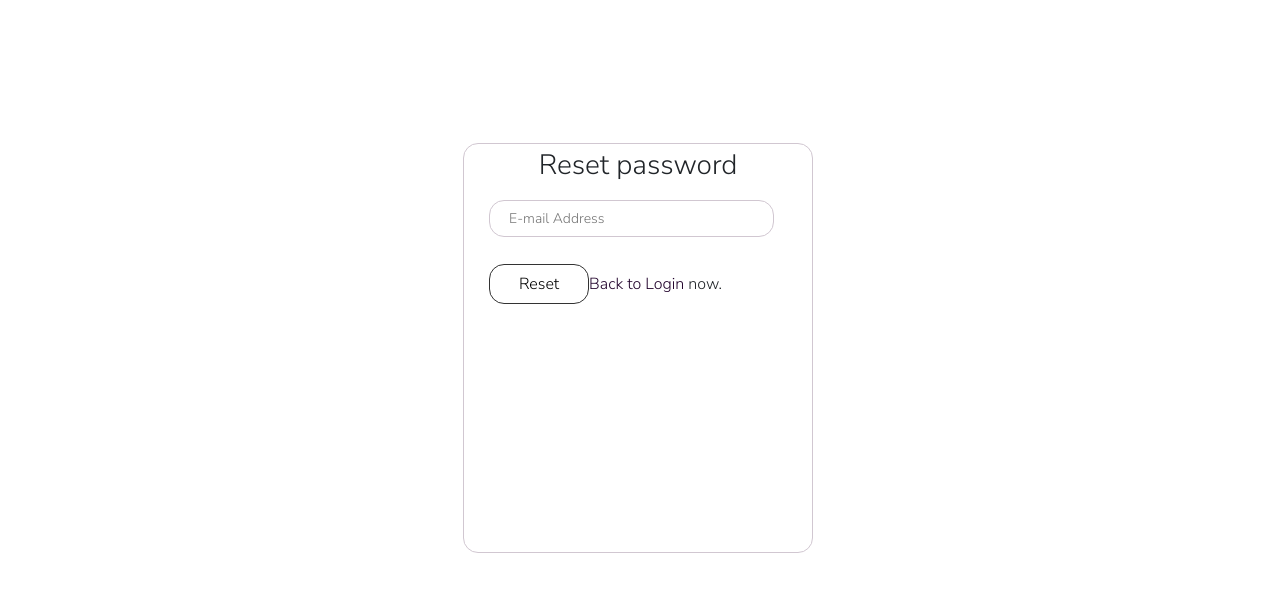
Repository: duzzisantos/rentify
Page: /reset
An editor plug-in stored every save of this project. The page is shown before and after the next save, followed by the edit.
The browser window is 1280 px wide. The pictures show the whole page.
The project was rebuilt for these pictures with package versions that can differ from the ones it lists, and the page was loaded fresh each time. Also part of the build but not shown: src/auth/auth.js, src/home.js, src/admin.js, src/auth/login.js, src/auth/register.js, src/table-component.js, src/tables.js, src/edit-property.js and 1 more.

Above is the page before, as saved 2022-05-19 03:55:00.

### src/App.js
import "./App.css";
import "react-bootstrap";
import "bootstrap/dist/css/bootstrap.min.css";
import { Route, Routes } from "react-router-dom";
import Homepage from "./home";
import Admins from "./admin";
import Auth from "./auth/auth";
import Login from "./auth/login";
import Register from "./auth/register";
import Reset from "./auth/reset";
import Tables from "./tables";
import EditProperty from "./edit-property";
import Booking from "./booking";

function App() {
  return (
    <div className="App">
      <Routes>
        <Route path="/" element={<Login />} />
        <Route path="login/*" element={<Login />} />
        <Route path="register/*" element={<Register />} />
        <Route path="reset" element={<Reset/>}/>
        <Route path="auth/*" element={<Auth />} />
        <Route path="auth/home/*" element={<Homepage />} />
        <Route path="auth/admin" element={<Admins />} />
        <Route path="auth/tables/*" element={<Tables />} />
        <Route path="auth/tables/edit-property/:ID" element={<EditProperty />} />
        <Route path="booking/:ID" element={<Booking />} />
      </Routes>
    </div>
  );
}

export default App;

### src/App.css
@import url("https://fonts.googleapis.com/css2?family=Nunito+Sans:wght@300&family=Poppins:wght@200;300&family=Roboto&family=Roboto+Serif:wght@300&family=Ubuntu:wght@300&display=swap");
* {
  font-family: "Nunito Sans", sans-serif;
}
.App {
  /* display: flex;
  flex-direction: column; */
  height: fit-content;
  width: 100%;
}

.hero {
  height: calc(0.4 * 657px);
  background-color: rgba(0, 0, 0, 0.8);
  width: 100%;
  padding-top: 45px;
  display: flex;
  flex-direction: column;
  justify-content: center;
  align-items: center;
  bottom: 0;
}

.hero #search{
  text-align: left;
  text-indent: 10px;
  margin-bottom: 15px;
  width: 320px;
  border: 1px solid rgb(212,212,212);
  border-radius: 15px;
  outline: none;
  padding: 4px;
}

#search-table{
  text-align: left;
  text-indent: 10px;
  margin-bottom: 15px;
  width: 320px;
  border: 1px solid rgb(212,212,212);
  border-radius: 15px;
  outline: none;
  padding: 4px;
}

.hero #search::placeholder{
  font-size: small;
  text-align: center;
}
.hero h4{
  text-align: center;
  color: whitesmoke;
  margin-top: 20px;
}

.filter-property {
  height: calc(0.6 * 657px);
  width: 100%;
  color: gray;
  justify-content: center;
  align-items: center;
  bottom: 0;
  padding-top: 0px;
}

.filter-property h5{
  text-align: center;
  padding-top: 20px;
}
#display-results {
  height: 657px;
  background-color: white;
  width: 100%;
  color: gray;
}

h1 {
  color: white;
  padding-top: 0px;
  text-align: center;
  font-size: clamp(20px, 55px, 60px);
}

h4,
h6 {
  padding-top: 10px;
  margin-left: 25px;
  font-size: clamp(10px, 15px, 20px);
  color: rgba(0, 0, 0, 0.705);
}

.filter-property span {
  margin-left: 25px;
  margin-top: 10px;
  color: rgba(0, 0, 0, 0.705);
  display: block;
  font-weight: 600;
  font-size: 14px;
}

.filter-property label {
  display: inline-block;
  margin-left: 22px;
  font-size: 13px;
  color: rgba(0, 0, 0, 0.705);
}

.filter-property input[type="checkbox"] {
  display: inline-block;
  margin-left: 5px;
}

#search-btn {
  background-color: transparent;
  border: 1px solid black;
  color: rgba(0, 0, 0, 0.705);
  border-radius: 10px;
  display: block;
  margin-left: 25px;
  margin-top: 10px;
  padding: 6px;
  font-size: 13px;
  width: 70px;
  margin-bottom: 20px;
}

#search-btn:hover {
  border: 1px solid rgb(33, 2, 43);
  color: rgb(33, 2, 43);
}

.link {
  text-decoration-line: none;
  color: white;
  margin: 10px;
}

.links{
  color: rgb(33, 2, 43);
  text-decoration: none;
}
.link:hover {
  color: gray;
}

tr .link {
  text-decoration-line: none;
  color: rgba(0, 0, 0, 0.705);
  margin: 10px;
}

tr .link:hover {
  color: rgb(33, 2, 43);
}

.admin-container,
.edit-container {
  height: fit-content;
  padding-top: 80px;
  display: flex;
  flex-direction: column;
  width: 100%;
  justify-content: center;
  align-items: center;
}

.admin-container h2,
.admin-container h6,
.edit-container h6 {
  text-align: center;
}

.admin-container h2,
.edit-container h2 {
  color: rgba(0, 0, 0, 0.705);
  padding: 25px;
}

.admin-container form,
.edit-container form {
  padding-top: 20px;
  width: 450px;
  margin-left: 0;
  display: block;
  display: flex;
  flex-direction: column;
  margin-bottom: 20px;
  border-radius: 15px;
  border: 1px solid #d1c7d1;
}

.admin-container input,
.edit-container input {
  display: block;
  border: 1px solid rgb(212,212,212);
  border-radius: 15px;
  width: 300px;
  padding: 5px;
  margin-top: 10px;
  font-size: small;
  text-indent: 5px;
  margin-left: 15%;
}

.admin-container label,
.admin-container span,
.edit-container label,
.edit-container span {
  display: block;
  font-size: small;
  margin-top: 10px;
  margin-left: 15%;
}

#admin-btn {
  border-radius: 15px;
  border: 1px solid transparent;
  margin-bottom: 15px;
  margin-top: 15px;
  color: white;
  background-color: #25D366;
  display: block;
  font-size: small;
  margin-left: 15%;
  width: 100px;
  padding: 4px;
}


.display-data {
  height: fit-content;
  background-color: rgb(33, 2, 43);
  padding-top: 80px;
  color: whitesmoke;
  display: flex;
  flex-direction: column;
}

.display-data h2,
.display-data h6 {
  text-align: center;
  color: whitesmoke;
}

.photos {
  margin-top: 5px;
}

.photos::placeholder {
  font-size: small;
  text-indent: 5px;
}

/* #search-table {
  margin-bottom: 15px;
  width: 300px;
  border: 1px solid rgb(212,212,212);
  border-radius: 15px;
  outline: none;
  padding: 4px;
  margin-left: 40%;
  text-indent: 10px;

}

#search-table::placeholder {
  font-size: small;
  text-align: center;
} */

input {
  outline: none;
}
.database {
  height: fit-content;
  background-color: azure;
  margin-top: 10px;
}

#delete {
  background-color: transparent;
  border: 1px solid #eb5e55;
  color: black;
  border-radius: 5px;
}

#data-reference {
  width: 950px;
  display: inline-block;
  overflow: hidden;
}

#data-reference ol li {
  margin-bottom: 12px;
}
#update-dialog input {
  width: 300px;
  margin-top: 3px;
  display: block;
}

#final-update {
  background-color: rgb(33, 2, 43);
  border: 1px solid transparent;
  color: whitesmoke;
  margin-bottom: 10px;
}

h4,
#display-results span {
  text-align: center;
}

#display-results {
  width: 100%;
  height: fit-content;
  border: 1px solid azure;
}

.one-result {
  width: 100%;
  height: fit-content;
  border: 1px solid whitesmoke;
}

.image-holder {
  height: fit-content;
  width: fit-content;
  border: 1px solid whitesmoke;
  display: flex;
  flex-direction: row;
  flex-wrap: wrap;
  margin-left: 80px;
}

.image-holder img {
  background-repeat: no-repeat;
  background-size: cover;
  height: 140px;
  width: 185px;
  margin: 5px;
  border: 1px solid whitesmoke;
  background-size: cover;
  background-position: center;
  transition: transform 0.5s;
}

.image-holder img:hover {
  transform: scale(1.3);
}
tr img {
  height: 30px;
  width: 40px;
  border: 1px solid whitesmoke;
  background-size: cover;
  background-position: center;
  transition: transform 0.5s;
}

tr img:hover {
  transform: scale(3);
}

thead{
  background-color: rgba(0, 0, 0, 0.8);
  color: whitesmoke;
  border-bottom: 1px solid transparent;
}

.primary-details li {
  font-size: small;
  margin-left: 60px;
}
.primary-details li:nth-child(1) {
  margin-top: 10px;
}
.amenities li {
  list-style-type: none;
  display: inline-block;
  justify-content: space-between;
  margin: 8px;
  margin-left: 50px;
  font-size: small;
}

.booking {
  border: 1px solid rgb(33, 2, 43);
  color: rgb(33, 2, 43);
  background-color: transparent;
  margin-left: 3px;
  border-radius: 15px;
  font-size: 11px;
  margin-bottom: 10px;
}

.isAvailable {
  background-color: #25D366;
  border: 1px solid transparent;
  border-radius: 15px;
  color: white;
  font-size: 11px;
  margin-bottom: 5px;
  margin-left: 80px;
}

.booking-wrapper{
  height: fit-content;
  width: 100%;
  display: flex;
  flex-direction: column;
  justify-content: center;
  align-items: center;
  padding-top: 80px;
}

.my-booking{
  height: fit-content;
  width: 400px;
  border: 1px solid #d1c7d1;
  border-radius: 15px;
  margin-bottom: 40px;
}

.my-booking form{
  display: flex;
  flex-direction: column;
}
.my-booking label{
  margin-left: 50px;
  margin-top: 15px;
}
.my-booking input{
  width: 300px;
  margin-left: 50px;
  border-radius: 15px;
  margin-bottom: 5px;
  border: 1px solid rgb(212,212,212);
  text-indent: 10px;
}


.list-wrapper {
  padding-top: 80px;
  width: 99%;
  height: fit-content;
  display: flex;
  flex-direction: column;
  align-items: center;
  justify-content: center;
  bottom: 0;
}

.login,
.register,
.reset {
  height: 645px;
  width: 99.7%;
  display: -webkit-box;
  display: -ms-flexbox;
  display: flex;
  -webkit-box-orient: vertical;
  -webkit-box-direction: normal;
      -ms-flex-direction: column;
          flex-direction: column;
  -webkit-box-pack: center;
      -ms-flex-pack: center;
          justify-content: center;
  -webkit-box-align: center;
      -ms-flex-align: center;
          align-items: center;
  bottom: 0;
}

.login input, .register input, .reset input{
  padding: 7px;
  width: 285px;
  border-radius: 15px;
  margin-top: 5px;
  margin-left: 25px;
  margin-top: 10px;
  border: 1px solid #d1c7d1;
  color: #525f7a;
  outline: none;
  text-indent: 12px;
  font-size: 14px;
}

.login label, .register label, .reset label{
  margin-left: 25px;
}

.login h3, .register h3, .reset h3{
  text-align: center;
  padding-top: 5px;
}

.sign-btns{
  height: 80px;
  width: 100%;
  margin-top: 10px;
  display: flex;
  flex-direction: row;
}
.login-btn, .register-btn, .reset__btn{
  width: 100px;
  height: 40px;
  background-color: transparent;
  border: 1px solid rgba(0, 0, 0, 0.8);
  margin-left: 25px;
  border-radius: 15px;
  margin-top: 27px;
  display: inline-block;
}

.google{
  background-image: url("https://upload.wikimedia.org/wikipedia/commons/thumb/5/53/Google_%22G%22_Logo.svg/1200px-Google_%22G%22_Logo.svg.png");
  background-size: 50%;
  background-repeat: no-repeat;
  background-position: center;
  margin-top: 20px;
  margin-left: 25px;
  width: 50px;
  height: 50px;
  border-radius: 50px;
  border: none;
  display: inline-block;
}

.login-span, .register-span{
  display: block;
 text-align: center;
 margin-top: 10px;
}
.login-container,
.register-container,
.reset-container {
  height: 410px;
  width: 350px;
  border: 1px solid #d1c7d1;
  border-radius: 15px;
  margin-top: 50px;
}

.auth-container {
  height: 90px;
  width: 100%;
  background-color: transparent;
  margin-right: 10px;
  overflow: hidden;
  margin-left: auto;
  display: -webkit-box;
  display: -ms-flexbox;
  display: flex;
  -webkit-box-orient: horizontal;
  -webkit-box-direction: normal;
      -ms-flex-direction: row;
          flex-direction: row;
}

.auth-span {
  height: -webkit-fit-content;
  height: -moz-fit-content;
  height: fit-content;
  width: -webkit-fit-content;
  width: -moz-fit-content;
  width: fit-content;
  margin-left: 4px;
  margin-top: 5px;
  overflow: hidden;
}

.auth-btn {
  height: 40px;
  width: 40px;
  border-radius: 50%;
  margin-left: 10px;
  margin-top: 0px;
  border: 1px solid transparent;
  color: #25D366;
}

.auth-btn:hover {
  color: rgba(0, 0, 0, 0.8);
  -webkit-transition-delay: 20ms;
          transition-delay: 20ms;
}

.auth-avi{
  height: 40px;
  width: 40px;
  background-color: rgba(0, 0, 0, 0.8);
  color: whitesmoke;
  border-radius: 50%;
  text-align: center;
  padding-top: 6px;
}
/*Navbar component*/

.nav-items {
  width: 100%;
  height: 90px;
  margin-top: 0px;
}

.nav-links {
  display: inline-block;
  margin-left: 20px;
  padding-top: 15px;
}

.nav-links:nth-child(1) {
  font-size: 25px;
  color: black;
  font-weight: 800;
  -webkit-text-decoration-line: none;
          text-decoration-line: none;
  text-decoration: none;
  margin-left: 0px;
}

.nav-items #hamburger-icon {
  display: none;
}

.nav-items .dashboard-container {
  margin-left: 0px;
}

.link {
  color: #525f7a;
  font-size: 14px;
  text-decoration: none;
}

.link:hover {
  -webkit-text-decoration-line: underline;
          text-decoration-line: underline;
  text-decoration-thickness: 2px;
  -webkit-text-decoration-color: rgba(0,0,0,0.8);
          text-decoration-color: rgba(0, 0, 0, 0.8);
}

.nav-wrap {
  display: -webkit-box;
  display: -ms-flexbox;
  display: flex;
  -webkit-box-orient: horizontal;
  -webkit-box-direction: normal;
      -ms-flex-direction: row;
          flex-direction: row;
  margin-top: 0px;
}

.navbar {
  height: 90px;
  background-color: #f8f7ff;
  -webkit-box-shadow: 1px 1px 5px 1px rgba(0, 0, 0, 0.1);
          box-shadow: 1px 1px 5px 1px rgba(0, 0, 0, 0.1);
  width: 100%;
  position: fixed;
  z-index: 2;
  display: -webkit-box;
  display: -ms-flexbox;
  display: flex;
  -webkit-box-orient: horizontal;
  -webkit-box-direction: normal;
      -ms-flex-direction: row;
          flex-direction: row;
}

### src/auth/reset.js
import React, { useEffect, useState } from "react";
import { useAuthState } from "react-firebase-hooks/auth";
import { useNavigate } from "react-router-dom";
import { Link } from "react-router-dom";
import { auth, sendPasswordReset } from "./firebase";
import "../App.css";

const Reset = () => {
  const [email, setEmail] = useState("");
  const [user, loading] = useAuthState(auth);
  const navigate = useNavigate();

  useEffect(() => {
    if (loading) return;
    if (user) navigate("/dashboard");
  });

  return (
    <div className="reset">
      <div className="reset-container">
        <h3>Reset password</h3>
        <input
          type="text"
          className="reset__textBox"
          value={email}
          onChange={(e) => setEmail(e.target.value)}
          placeholder="E-mail Address"
        />
        <button className="reset__btn" onClick={() => sendPasswordReset(email)}>
          Reset
        </button>
        <span className="reset__span">
            <Link to="/" className="links">
              Back to Login
            </Link>{" "}
            now.
          </span>
      </div>
    </div>
  );
};

export default Reset;

### src/auth/firebase.js
// Import the functions you need from the SDKs you need
import { initializeApp } from "firebase/app";
import {
  GoogleAuthProvider,
  getAuth,
  signInWithPopup,
  createUserWithEmailAndPassword,
  sendPasswordResetEmail,
  signOut,
  signInWithEmailAndPassword,
  FacebookAuthProvider,
  GithubAuthProvider,
} from "firebase/auth";

import {
  getFirestore,
  query,
  getDocs,
  collection,
  where,
  addDoc,
} from "firebase/firestore";

const firebaseConfig = {
  apiKey: process.env.REACT_APP_API_KEY,
  authDomain: process.env.REACT_APP_AUTHDOMAIN,
  projectId: process.env.REACT_APP_PROJECT_ID,
  storageBucket: process.env.REACT_APP_STORAGE_BUCKET,
  messagingSenderId: process.env.REACT_APP_SENDER_ID,
  appId: process.env.REACT_APP_APP_ID,
  measurementId: process.env.REACT_APP_MEASUREMENT_ID,
};

// Initialize Firebase
const app = initializeApp(firebaseConfig);
const auth = getAuth(app);
const db = getFirestore(app);
const provider = new FacebookAuthProvider();
provider.addScope("user_birthday");
provider.setCustomParameters({
  display: "popup",
});

const googleProvider = new GoogleAuthProvider();
const signInWithGoogle = async () => {
  try {
    const res = await signInWithPopup(auth, googleProvider);
    const user = res.user;
    const q = query(collection(db, "users"), where("uid", "==", user.uid));
    const docs = await getDocs(q);
    if (docs.docs.length === 0) {
      await addDoc(collection(db, "users"), {
        uid: user.uid,
        name: user.displayName,
        authProvider: "google",
        email: user.email,
      });
    }
  } catch (err) {
    console.log(err);
  }
};

//Facebook authentication

const signInWithFacebook = async () => {
  try {
    const res = await signInWithPopup(auth, provider);
    const user = res.user;
    const q = query(collection(db, "users"), where("uid", "==", user.uid));
    const docs = await getDocs(q);
    if (docs.docs.length === 0) {
      await addDoc(collection(db, "users"), {
        uid: user.uid,
        name: user.displayName,
        authProvider: "facebook",
        email: user.email,
        photo: user.photoURL,
      });
    }
  } catch (err) {
    console.log(err);
  }
};

const gitProvider = new GithubAuthProvider();
gitProvider.addScope("user");
gitProvider.setCustomParameters({
  allow_signup: "false",
});
const signInUsingGithub = async () => {
  try {
    const res = await signInWithPopup(auth, gitProvider);
    const user = res.user;
    const q = query(collection(db, "users"), where("uid", "==", user.uid));
    const docs = await getDocs(q);
    if (docs.docs.length === 0) {
      await addDoc(collection(db, "users"), {
        uid: user.uid,
        name: user.displayName,
        authProvider: "github",
        email: user.email,
        photo: user.photoURL,
      });
    }
  } catch (err) {
    console.log(err);
  }
};

const logInWithEmailAndPassword = async (email, password) => {
  try {
    await signInWithEmailAndPassword(auth, email, password);
  } catch (err) {
    alert("Either Email or Password is incorrect!");
    console.log(err);
  }
};

const registerWithEmailAndPassword = async (name, email, password) => {
  try {
    const res = await createUserWithEmailAndPassword(auth, email, password);
    const user = res.user;
    await addDoc(collection(db, "users"), {
      uid: user.uid,
      name,
      authProvider: "google",
      email,
    });
  } catch (err) {
    console.log(err);
  }
};

const sendPasswordReset = async (email) => {
  try {
    await sendPasswordResetEmail(auth, email);
    console.log("Password reset link sent!");
  } catch (err) {
    console.log(err);
  }
};

const logout = () => {
  signOut(auth);
};

export {
  auth,
  db,
  signInWithGoogle,
  signInWithFacebook,
  signInUsingGithub,
  logInWithEmailAndPassword,
  registerWithEmailAndPassword,
  sendPasswordReset,
  logout,
};

Loaded but not shown: public/index.html (common file); src/index.js (common file); src/index.css (common file)

After the next save:
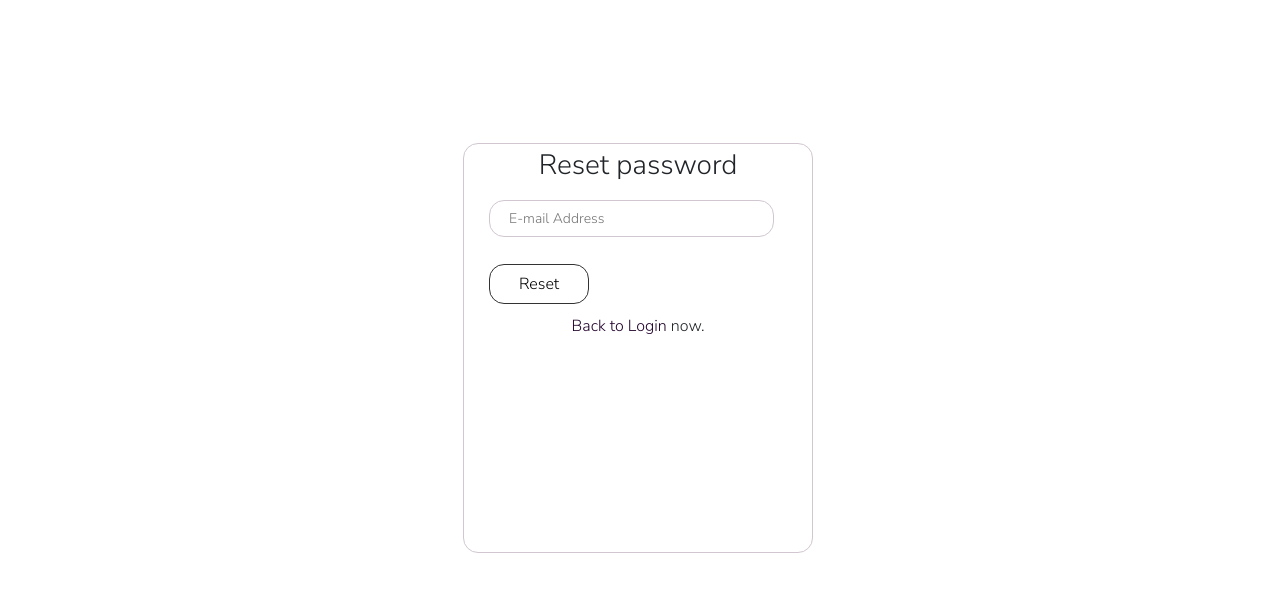
Saved 14 s later.
--- a/src/App.css
+++ b/src/App.css
@@ -526,7 +526,7 @@ thead{
   display: inline-block;
 }
 
-.login-span, .register-span{
+.login-span, .register-span, .reset__span{
   display: block;
  text-align: center;
  margin-top: 10px;
